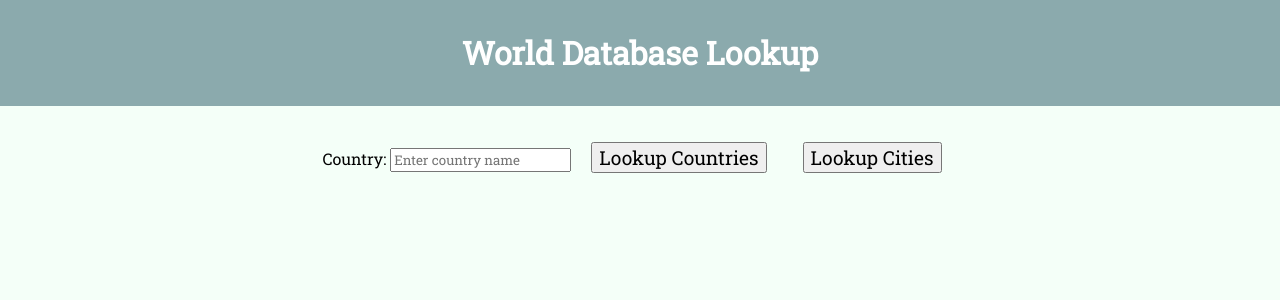
Repository: natechris-devine/info2180-lab7
Page: index.html
The author's editor kept a record of every edit. The page is drawn from the files as they stood at one moment, then again after the next edit.
The browser window is 1280 px wide. The pictures show the whole page.

Above is the page before.

After the next edit:
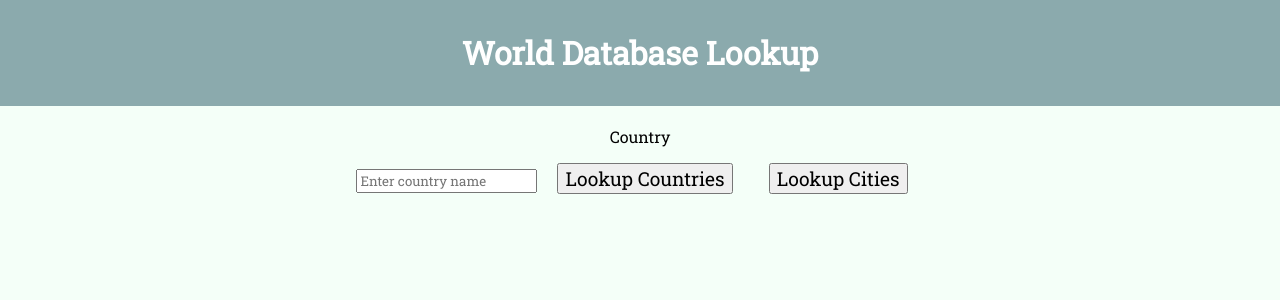
The edit:
--- a/index.html
+++ b/index.html
@@ -19,7 +19,8 @@
 
 		<main>
 			<div id="controls">
-				<label for="country">Country:</label>
+				<label for="country">Country</label>
+				<br>
 				<input id="country" type="search" name="country" placeholder="Enter country name" />
 				<button id="lookup">Lookup Countries</button>
 				<button id="lookup-cities">Lookup Cities</button>
